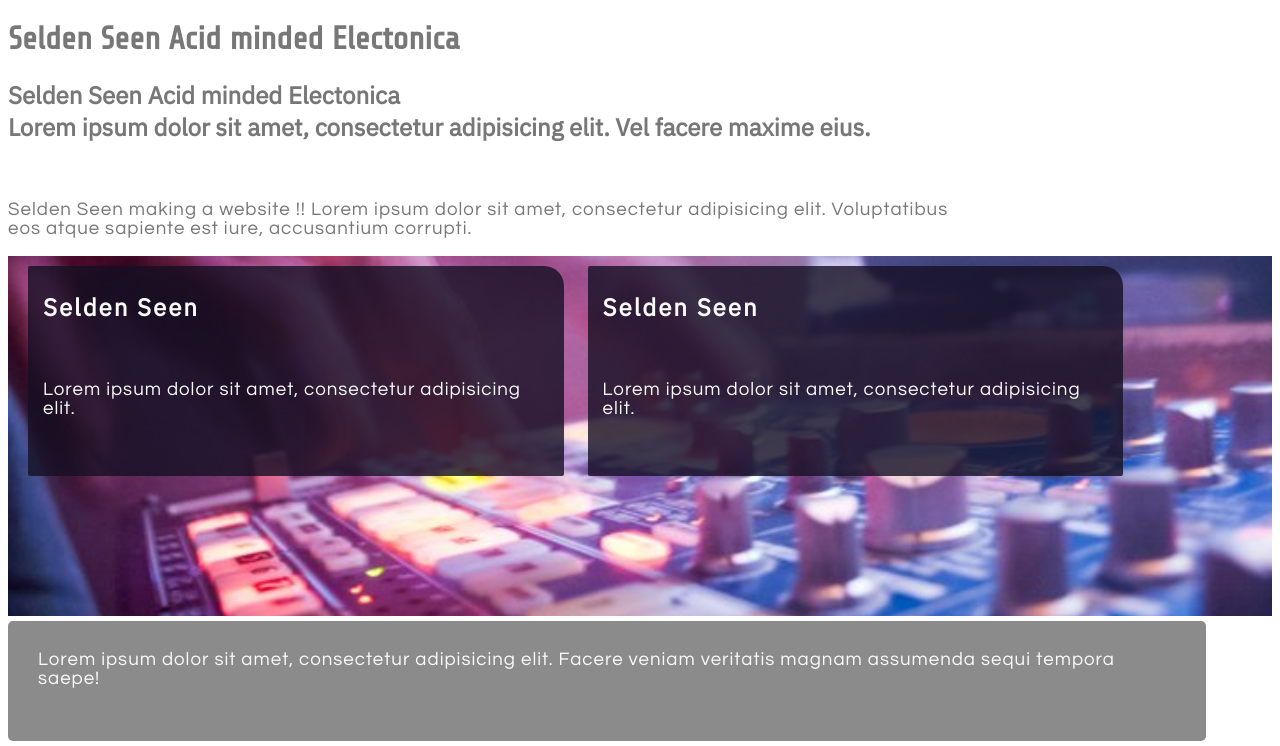
Repository: josvelema/milestone
Page: index.html
The author's editor kept a record of every edit. The page is drawn from the files as they stood at one moment, then again after the next edit.
The browser window is 1280 px wide. The pictures show the whole page.
Backgrounds fixed to the window are drawn as part of the page.

Above is the page before.

### index.html
<!DOCTYPE html>
<html lang="en">

<head>
    <meta charset="UTF-8">
    <meta name="viewport" content="width=device-width, initial-scale=1.0">
    <meta http-equiv="X-UA-Compatible" content="ie=edge">
    <link href="https://fonts.googleapis.com/css?family=IBM+Plex+Sans|Questrial|Share+Tech&display=swap" rel="stylesheet">
    <link href="CSS/style.css" rel="stylesheet" type="text/css">
    <title>Selden Seen</title>
</head>

<body>
    <header class="head">
        <h1> Selden Seen Acid minded Electonica<br>
        </h1>
        <h2> Selden Seen Acid minded Electonica
            <br> Lorem ipsum dolor sit amet, consectetur adipisicing elit. Vel facere maxime eius.</h2>
        <br>
        <h3>Selden Seen making a website !! Lorem ipsum dolor sit amet, consectetur adipisicing elit. Voluptatibus eos atque sapiente est iure, accusantium corrupti.</h3>
    </header>
    <section>
        <div class="hero-image">
            <aside>
            <div class="callout">
                <h2>Selden Seen</h2>
                <br>
                <h3>Lorem ipsum dolor sit amet, consectetur adipisicing elit.</h3>
            </div>
            <div class="callout">
                <h2>Selden Seen</h2>
                <br>
                <h3>Lorem ipsum dolor sit amet, consectetur adipisicing elit.</h3>
            </div>

            </aside>
        </div>
    </section>
    <br>
    <footer>
    <div class="foot"><h3>Lorem ipsum dolor sit amet, consectetur adipisicing elit. Facere veniam veritatis magnam assumenda sequi tempora saepe!</h3></div>
    </footer>
</body>

</html>

### CSS/style.css
@import url('https://fonts.googleapis.com/css?family=IBM+Plex+Sans|Questrial|Share+Tech&display=swap');

h1 {
    font-family: 'Share Tech', sans-serif;
}


h3 {
    font-family: 'Questrial', sans-serif;
    font-weight:300;
    letter-spacing: 1px;
}

h2 {
    font-family: 'IBM Plex Sans', sans-serif;
}
.head {
    background-color:transparent;
    width:75%;
    color: #777777;
}
.hero-image{
    background: url("../img/emxheroimage.jpg")no-repeat center center fixed;
    background-position: relative;
    background-repeat: no-repeat;
    background-size: cover;
    min-height: 360px;
    transition: all 5s ease-in-out;
    -moz-transition: all .5s ease-in-out;
    -webkit-transition: all .5s ease-in-out;
    background-color: rgba(0,0,0,0.5);
     width:100%;
      float: left;

    }



.callout {
        font-family: 'Share Tech', sans-serif;
        color: #fafafa;
        letter-spacing: 2px;
        font-weight:300;
        width:40%;
        height:200px;
        margin-top: 10px;
        margin-left:20px;
        margin-bottom: 40px;
        padding:5px 15px 5px 15px;
        background-color: rgba(20,15,35,0.8);
        border-top-right-radius: 20px;
        border-top-left-radius: 2px;
        border-bottom-left-radius: 2px;
        border-bottom-right-radius: 2px;
        display: inline-block;
}

.foot {
    width: 90%;
    height: 100px;
    background-color: rgba(25,25,25,0.5);
    color: #fafafa;
    border-radius: 5px 5px;
    border-color: #777777;
    position: relative;
    float: left;
    margin:5px auto;
    padding: 10px 30px 10px 30px;

}

After the next edit:
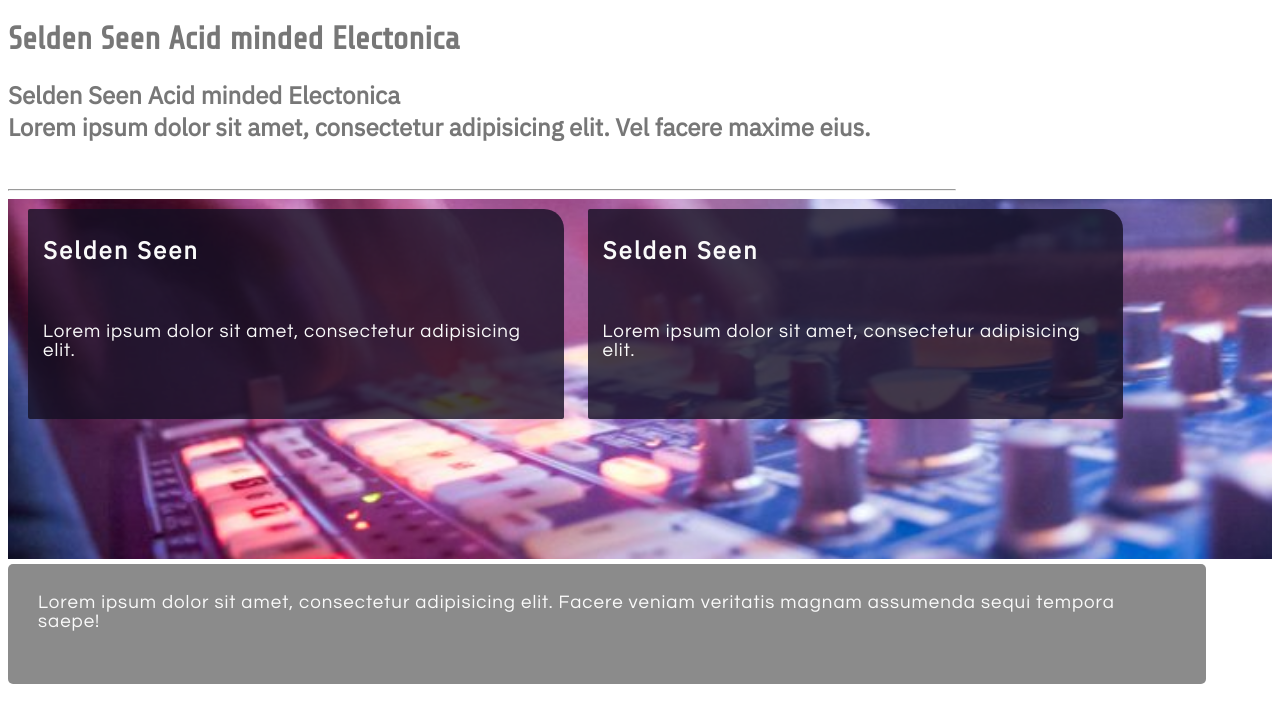
The edit:
--- a/index.html
+++ b/index.html
@@ -17,7 +17,7 @@
         <h2> Selden Seen Acid minded Electonica
             <br> Lorem ipsum dolor sit amet, consectetur adipisicing elit. Vel facere maxime eius.</h2>
         <br>
-        <h3>Selden Seen making a website !! Lorem ipsum dolor sit amet, consectetur adipisicing elit. Voluptatibus eos atque sapiente est iure, accusantium corrupti.</h3>
+        <Hr>
     </header>
     <section>
         <div class="hero-image">
